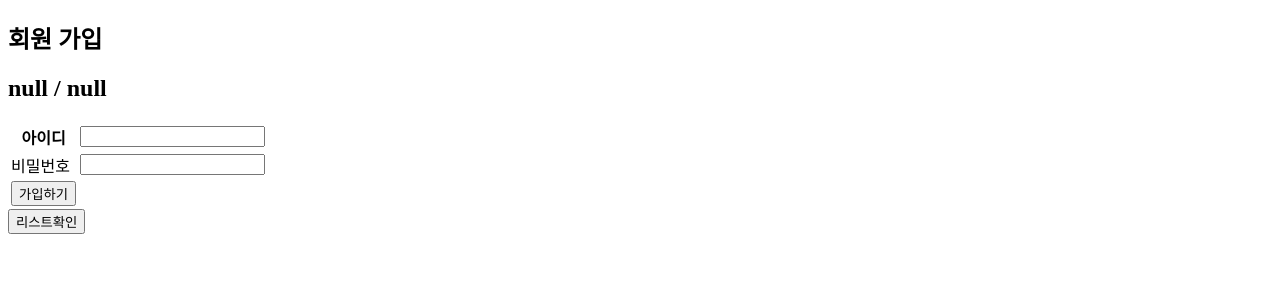
Repository: back-seung/academy
Page: http://localhost/SpringDay01/memberInputForm
An editor plug-in stored every save of this project. The page is shown before and after the next save, followed by the edit.
The browser window is 1280 px wide. The pictures show the whole page.
The page is served by Tomcat 9. Other server files are loaded and not shown.

Above is the page before, as saved 2021-11-22 08:32:05.

### SpringDay01/src/main/webapp/WEB-INF/views/memberInput.jsp
<%@ page language="java" contentType="text/html; charset=UTF-8"
    pageEncoding="UTF-8"%>
<!DOCTYPE html>
<html>
  <head>
    <meta charset="UTF-8" />
    <title>Insert title here</title>
  </head>
  <body>
    <form action="memberInputForm" method="GET">
      <h2>회원 가입</h2>
      <h2 id="print">${print}</h2>
      <table>
        <tr>
          <th>아이디</th>
          <th><input id="id" type="text" name="id" /></th>
        </tr>
        <tr>
          <td>비밀번호</td>
          <td><input id="pw" type="password" name="pw" /></td>
        </tr>
        <tr>
          <td><input type="submit" value="가입하기"/></td>
        </tr>
      </table>
    </form>
    <form action="memberListForm" method="GET">
    <a href="memberList"><input type="button" value="리스트확인" /></a>
    </form>
    <script>
    </script>
  </body>
</html>

After the next save:
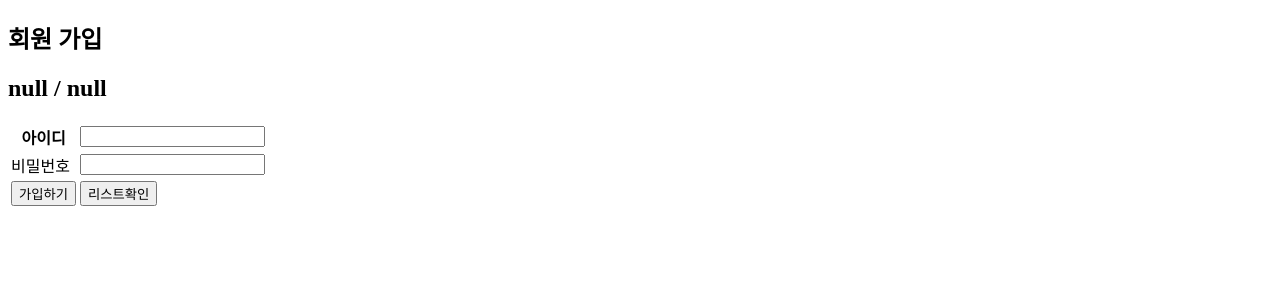
Saved 92 s later.
--- a/SpringDay01/src/main/webapp/WEB-INF/views/memberInput.jsp
+++ b/SpringDay01/src/main/webapp/WEB-INF/views/memberInput.jsp
@@ -21,11 +21,9 @@
         </tr>
         <tr>
           <td><input type="submit" value="가입하기"/></td>
+          <td><input type="button" value="리스트확인" onclick="location.href='memberList.jsp'"/></td>
         </tr>
       </table>
-    </form>
-    <form action="memberListForm" method="GET">
-    <a href="memberList"><input type="button" value="리스트확인" /></a>
     </form>
     <script>
     </script>
